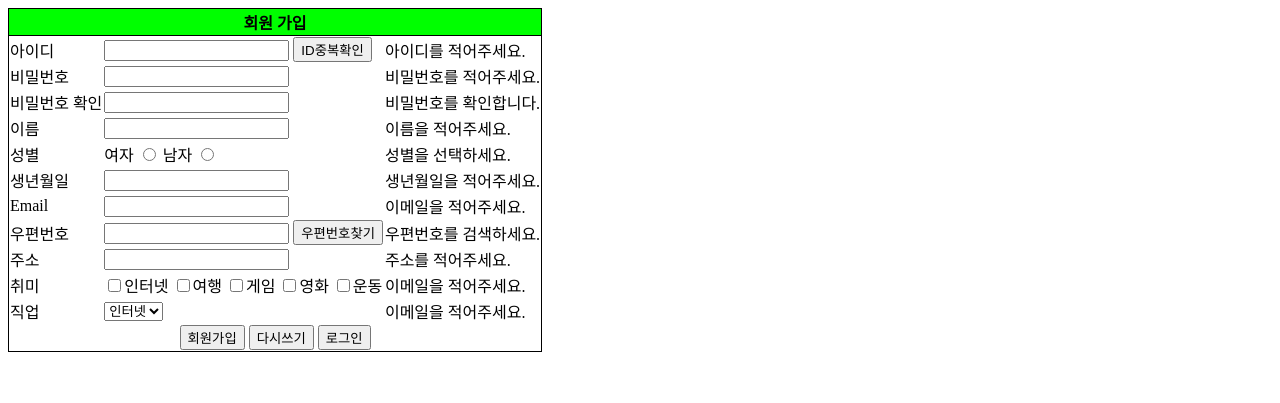
Repository: JeongminHW/Web_study
Page: HTML/myHTML/src/main/webapp/ch04/member.html
An editor plug-in stored every save of this project. The page is shown before and after the next save, followed by the edit.
The browser window is 1280 px wide. The pictures show the whole page.

Above is the page before, as saved 2024-07-09 08:16:17.

After the next save:
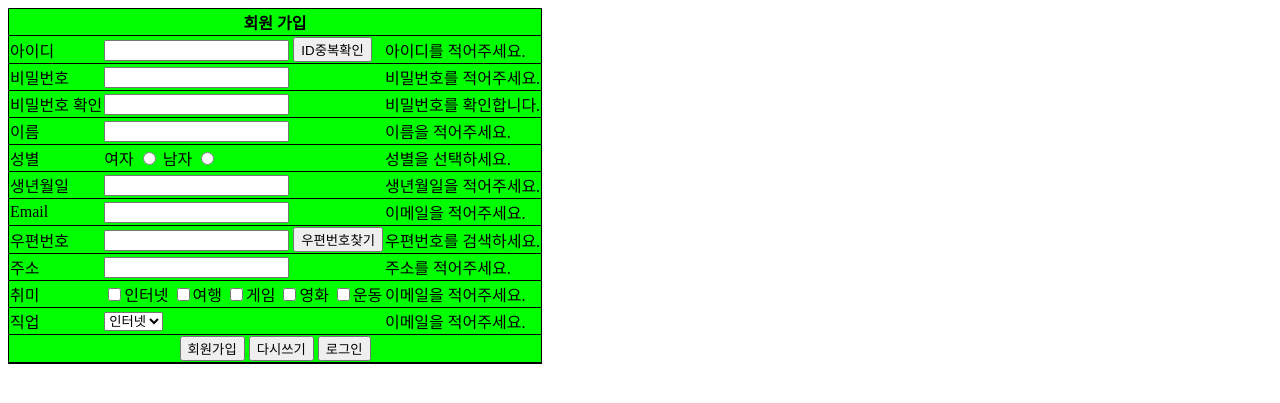
Saved 22 s later.
--- a/HTML/myHTML/src/main/webapp/ch04/member.html
+++ b/HTML/myHTML/src/main/webapp/ch04/member.html
@@ -9,7 +9,7 @@ border: 1px solid #000;
 border-collapse: separate;
 border-spacing: 0;
 }
-th{
+th, td{
 border-bottom: 1px solid #000;
 background-color: lime;
 }
